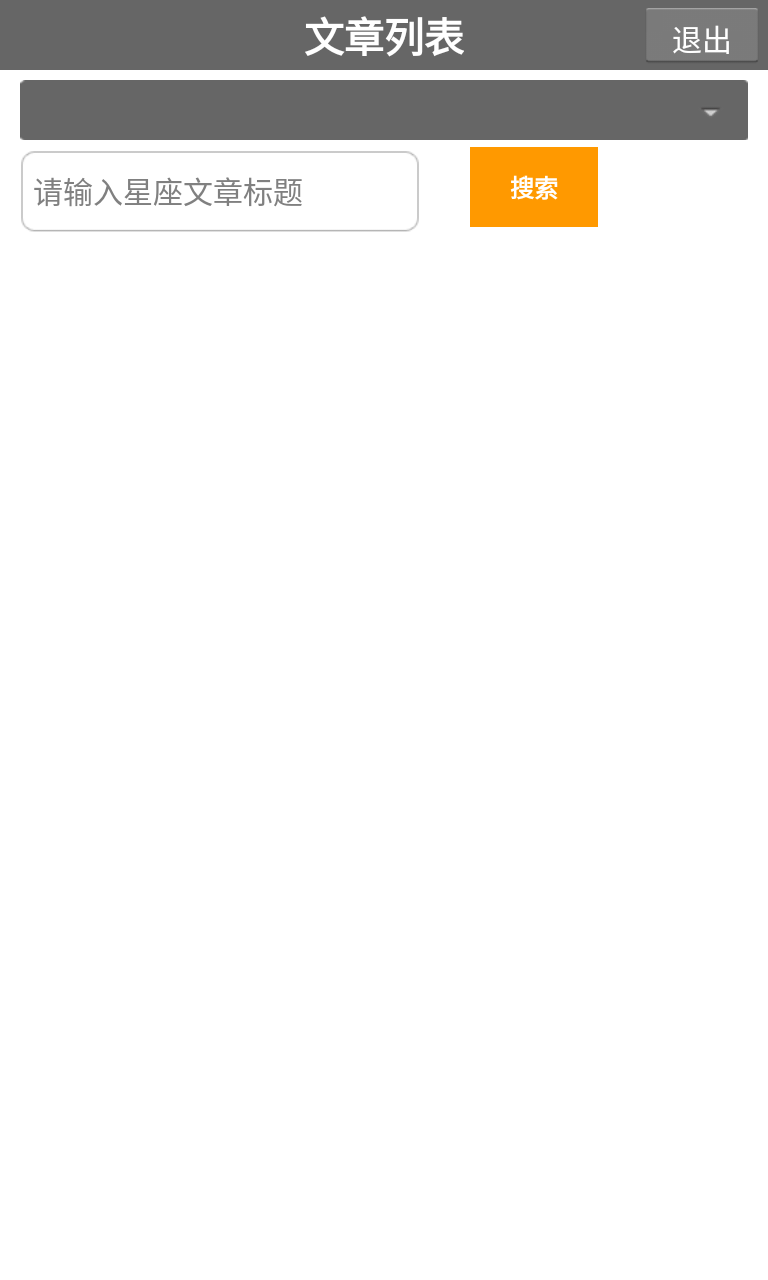
Repository: sxuu0018/undergraduate_project
Layout: Folder/Folder/Folder/重要的内容/2015124013_徐思加_星聊社交软件（android）的设计与实现/最后的备份/移动端/workspace-app/xingliao_app/res/layout/news.xml
An editor plug-in stored every save of this project. The layout is shown before and after the next save, followed by the edit.
It is drawn on a 768 x 1280 px phone screen (xhdpi) without system bars, with theme AppTheme; the app's code is not run. Lists and similar views that code fills are empty.

Above is the layout before, as saved 2019-04-27 15:57:14.

### Folder/Folder/Folder/重要的内容/2015124013_徐思加_星聊社交软件（android）的设计与实现/最后的备份/移动端/workspace-app/xingliao_app/res/layout/news.xml
<LinearLayout xmlns:android="http://schemas.android.com/apk/res/android"
    	android:layout_width="match_parent"
   		android:layout_height="match_parent"
    	android:orientation="vertical" >

    <!-- 头部 -->
		<RelativeLayout
        android:id="@+id/main_RelativeLayout01"
        android:layout_width="fill_parent"
        android:layout_height="35dp"
        android:background="@drawable/top_bg"
        android:layout_alignParentTop="true"
        android:orientation="horizontal"
        >

        <TextView
            android:layout_width="wrap_content"
            android:layout_height="wrap_content"
            android:layout_centerInParent="true"
            android:textSize="20sp"
            android:textStyle="bold"
            android:textColor="#ffffff"
            android:text="文章列表"
           />


        <Button
            android:layout_width="wrap_content"
            android:layout_height="wrap_content"
            android:layout_alignParentRight="true"
            android:layout_centerVertical="true"
            android:layout_marginRight="1dip"
            android:textColor="#ffffff"
            android:textSize="15sp"
            android:text="退出"
            android:onClick="loginout_system"
            />


    	</RelativeLayout>

		<include
        android:id="@+id/spinner_down_nearby"
        layout="@layout/spinner_down" />


		<LinearLayout
	    android:orientation="horizontal"
	    android:layout_width="fill_parent"
	    android:layout_height="wrap_content"
	    android:focusable="true"
		android:focusableInTouchMode="true"
	    >


		 <EditText
	    android:id="@+id/search_keyword"
	    android:layout_width="200dp"
	    android:layout_height="wrap_content"
	    android:layout_below="@+id/login_top_layout"
	    android:textColor="#000"
	    android:textSize="15sp"
	    android:layout_marginTop="5dp"
	    android:layout_marginLeft="10dp"
	    android:layout_marginRight="10dp"
	    android:singleLine="true"
	    android:background="@drawable/login_editbox"
	    android:hint="请输入星座文章标题"/>



   		<Button
   		android:id="@+id/dingcan_search_btn"
        android:layout_width="wrap_content"
        android:layout_height="40dp"
        android:layout_marginTop="3dp"
        android:layout_marginLeft="15dp"
        android:background="#FF9900"
        android:textColor="#ffffff"
        android:textSize="12dp"
        android:textStyle="bold"
        android:onClick="search_system"
        android:text="搜索" />



     </LinearLayout>





     <ListView
        android:id="@+id/newsListView"
        android:layout_width="fill_parent"
        android:layout_height="fill_parent"
        android:cacheColorHint="#f5f5f5"
        android:divider="@drawable/cart_listview_gap"
        android:drawSelectorOnTop="false"
        android:listSelector="#00000000"
        android:fadingEdge="none" />



</LinearLayout>

### Folder/Folder/Folder/重要的内容/2015124013_徐思加_星聊社交软件（android）的设计与实现/最后的备份/移动端/workspace-app/xingliao_app/res/values/styles.xml
<resources>

    <style name="main_tab_bottom">
        <item name="android:gravity">center</item>
        <item name="android:paddingTop">15dp</item>
        <item name="android:layout_width">match_parent</item>
        <item name="android:layout_height">match_parent</item>
        <item name="android:button">@null</item>
        <item name="android:layout_weight">1.0</item>
    </style>

    <style name="normalText" parent="@android:style/TextAppearance">
        <item name="android:textColor">#444</item>
        <item name="android:textSize">14sp</item>
    </style>


    <style name="some_used">
        <item name="android:layout_marginTop">10dip</item>
        <item name="android:layout_marginLeft">10dip</item>
        <item name="android:layout_marginRight">10dip</item>
        <item name="android:layout_marginBottom">10dip</item>
    </style>

    <style name="nearby_spinner_style">
        <item name="android:layout_width">0.0dip</item>
        <item name="android:layout_height">wrap_content</item>
        <item name="android:background">@null</item>
        <item name="android:layout_marginTop">6dip</item>
        <item name="android:layout_weight">1.0</item>
    </style>

    <style name="AppBaseTheme" parent="android:Theme.Light">
        <!--
            Theme customizations available in newer API levels can go in
            res/values-vXX/styles.xml, while customizations related to
            backward-compatibility can go here.
        -->
    </style>

    <!-- Application theme. -->
    <style name="AppTheme" parent="AppBaseTheme">
        <!-- All customizations that are NOT specific to a particular API-level can go here. -->
    </style>

</resources>

### Folder/Folder/Folder/重要的内容/2015124013_徐思加_星聊社交软件（android）的设计与实现/最后的备份/移动端/workspace-app/xingliao_app/res/layout/spinner_down.xml
<?xml version="1.0" encoding="utf-8"?>
<LinearLayout xmlns:android="http://schemas.android.com/apk/res/android"
    android:layout_width="fill_parent"
    android:layout_height="30dip"
    android:layout_marginLeft="10dip"
    android:layout_marginRight="10dip"
    android:layout_marginTop="5dip"
    android:background="@drawable/filter_bg"
    android:orientation="horizontal" >

    <Spinner
        android:id="@+id/name_sel_spinner"
        style="@style/nearby_spinner_style" />

</LinearLayout>

Loaded but not shown: Folder/Folder/Folder/重要的内容/2015124013_徐思加_星聊社交软件（android）的设计与实现/最后的备份/移动端/workspace-app/xingliao_app/res/values-v11/styles.xml (common file); Folder/Folder/Folder/重要的内容/2015124013_徐思加_星聊社交软件（android）的设计与实现/最后的备份/移动端/workspace-app/xingliao_app/res/values-v14/styles.xml (common file); Folder/Folder/Folder/重要的内容/2015124013_徐思加_星聊社交软件（android）的设计与实现/最后的备份/移动端/workspace-app/xingliao_app/res/drawable/login_editbox.xml (common file)

After the next save:
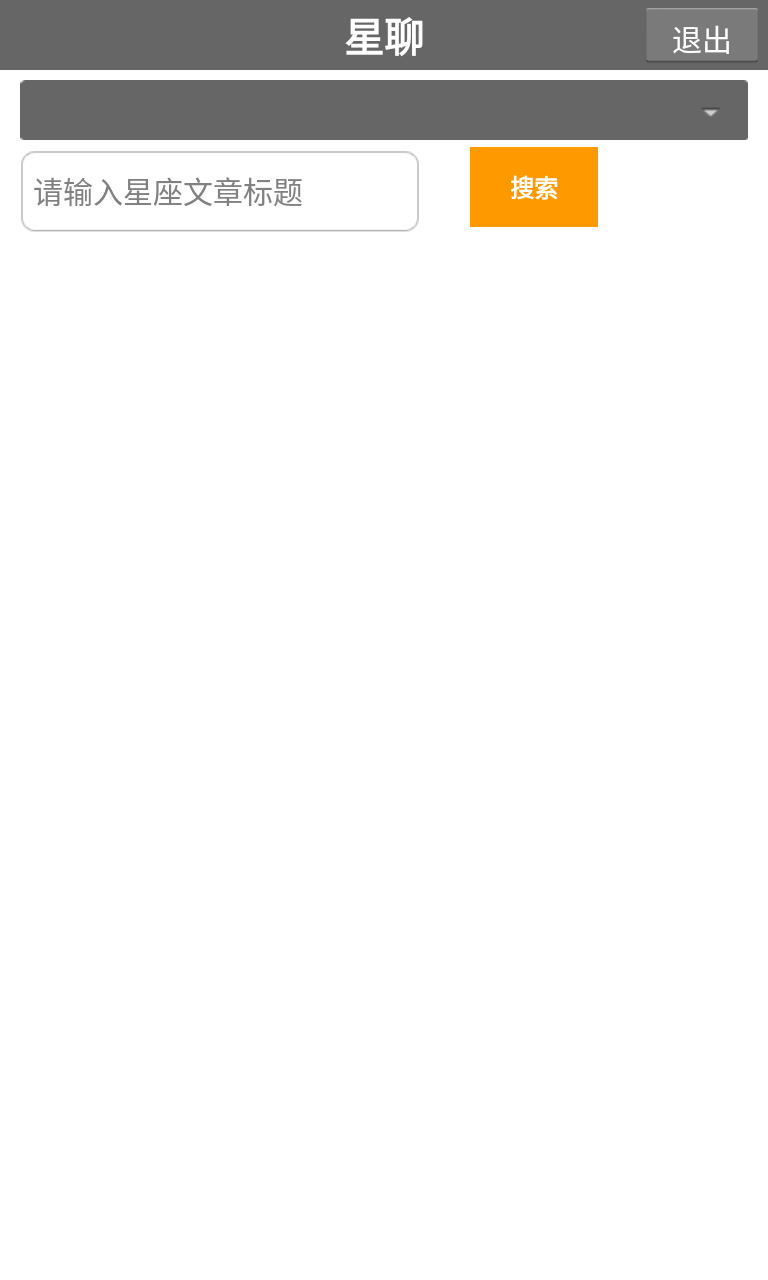
Saved 7 min 35 s later.
--- a/Folder/Folder/Folder/重要的内容/2015124013_徐思加_星聊社交软件（android）的设计与实现/最后的备份/移动端/workspace-app/xingliao_app/res/layout/news.xml
+++ b/Folder/Folder/Folder/重要的内容/2015124013_徐思加_星聊社交软件（android）的设计与实现/最后的备份/移动端/workspace-app/xingliao_app/res/layout/news.xml
@@ -20,7 +20,7 @@
             android:textSize="20sp"
             android:textStyle="bold"
             android:textColor="#ffffff"
-            android:text="文章列表"
+            android:text="星聊"
            />
 
 
